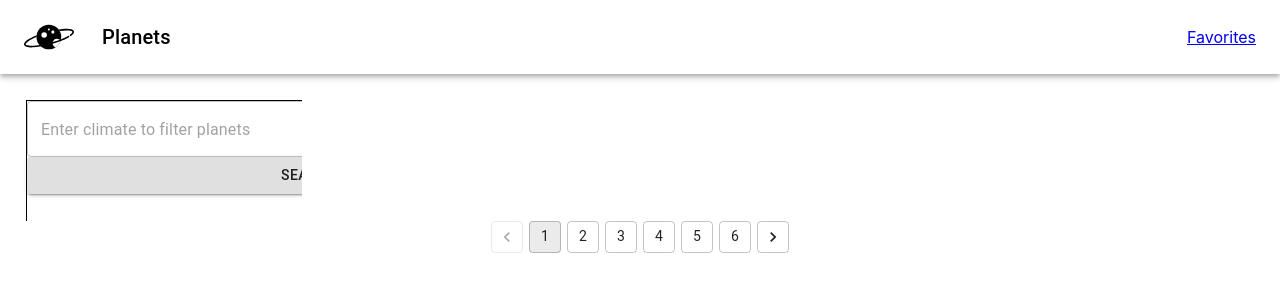
Repository: samridhie01/assignment
Page: /
These files come from the project's save history. The page is drawn as it stood at one moment and after the next save; the edit follows.
The browser window is 1280 px wide. The pictures show the whole page.
The page's requests for data from a server got no answer. The project was rebuilt for these pictures with package versions that can differ from the ones it lists, and the page was loaded fresh each time. A package was used in the major version that the imports need, not the one package.json lists. No one was signed in, and anything a server would have sent is missing. Also part of the build but not shown: src/components/planets/PlanetTile.tsx, src/components/planets/Planets.tsx, src/components/details/SpecificPlanetRetrievalService.ts, src/components/details/Details.tsx, src/components/favorites/Favorites.tsx.

Above is the page before, as saved 2020-08-21 18:29:52.

### src/index.tsx
import React from 'react';
import ReactDOM from 'react-dom';
import './index.css';
import App from './components/app/App';
import * as serviceWorker from './serviceWorker';
import { BrowserRouter } from 'react-router-dom';
import { Provider } from 'react-redux';
import rootReducer from './reducers';
import { createStore } from 'redux';
import store from "../src/store/index"
import { addPlanetData } from './actions';



ReactDOM.render(
  <React.StrictMode>

    <BrowserRouter>
    <Provider store={store}>
    <App />
    </Provider>
    </BrowserRouter>

  </React.StrictMode>,
  document.getElementById('root')
);

// If you want your app to work offline and load faster, you can change
// unregister() to register() below. Note this comes with some pitfalls.
// Learn more about service workers: https://bit.ly/CRA-PWA
serviceWorker.unregister();

### src/components/app/App.tsx
import React, { useEffect, useState } from "react";
import { Route, Switch } from "react-router-dom";
import HomePage from "../homePage/HomePage";
import Details from "../details/Details";
import Favorites from "../favorites/Favorites";
import { PlanetData } from "../module/types";

const App = () => {
  const [favs, setFavs] = useState<PlanetData[]>([]);

  const addToFavs = (data: any) => {
    if(favs.includes(data)){
      return;
    }
      let newArr = [...favs, data];
      setFavs(newArr);
  };

  return (
    <main>
      <Switch>
        <Route
          exact
          path="/"
          render={() => <HomePage handleAddToFavs={addToFavs} />}
        />
        <Route path="/details" component={Details} />
        <Route path="/favs" render={() => <Favorites listOfFavs={favs} />} />
      </Switch>
    </main>
  );
};
export default App;

### src/store/index.ts
import {createStore} from 'redux';
import rootReducer from '../reducers/index';

const store = createStore(rootReducer);

export default store;

### src/components/homePage/HomePage.tsx
import React, { useEffect, useState, ChangeEvent } from "react";
import { useStyles } from "./HomePageStyle";
import Header from "../header/Header";
import Planets from "../planets/Planets";
import SearchBox from "../searchBox/SearchBox";
import { getPlanetData, getPlanetDataPage } from "./PlanetRetrievalService";
import Pagination from "@material-ui/lab/Pagination";
import { PlanetData } from "../module/types";

interface PlanetOverview {
  handleAddToFavs: (element: any) => void;
}

const HomePage: React.FC<PlanetOverview> = ({ handleAddToFavs }) => {
  const [planetData, setPlanetData] = useState<PlanetData[]>([]);

  const handleNewPage = (page: number) => {
    getPlanetDataPage(page).then(res => {
      setPlanetData(res.data.results);
    });
  };

  const fetchData = () => {
    getPlanetData().then(res => {
      setPlanetData(res.data.results);
      localStorage.setItem("planetData", res.data.results);
    });
  };

  useEffect(() => {
    fetchData();
  }, []);

  const handlePageChange = (event: ChangeEvent<unknown>, value: number) => {
    handleNewPage(value);
  };

  const updatePlanetSearchResult = (key: string | null) => {

    if (key == "") {
      fetchData();
      return;
    }
    const newData = planetData.filter(data => {
      if (
        key == null ||
        data.climate.toLowerCase().includes(key.toLowerCase())
      ) {
        return data;
      }
    });
    setPlanetData(newData);
  };

  const classes = useStyles();
  if (localStorage.getItem("planetData") != null) {
  }

  return (
    <>
      <Header path="/favs" linkName={"Favorites"} />
      <div className={classes.flexContainer}>
        <div className={classes.stopShrink}>
        <SearchBox  handleSearch={updatePlanetSearchResult} />
        </div>
        <div className={classes.item}>
          {planetData &&
            planetData.map((element: PlanetData, index: number) => {
              return (
                <Planets
                  data={element}
                  onSaveClick={() => {
                    handleAddToFavs(element);
                  }}
                />
              );
            })}
        </div>
      </div>

      <Pagination
        count={6}
        defaultPage={1}
        variant="outlined"
        shape="rounded"
        className={classes.indexing}
        onChange={handlePageChange}
      />
    </>
  );
};
export default HomePage;

### src/reducers/index.ts
import { ADD_PLANETDATA } from '../constants/action-types';
import { PlanetActionTypes, Planet, PlanetState } from '../store/types';

const initialState: PlanetState = {
    planetData: []
};

function rootReducer(state=initialState, action:PlanetActionTypes):PlanetState{
    if(action.type == ADD_PLANETDATA){
        return{
            planetData: [...state.planetData, action.payload]
        }
    }
    return state;
}

export default rootReducer;

### src/components/homePage/HomePageStyle.ts
import { makeStyles, createStyles, Theme } from "@material-ui/core/styles";

export const useStyles = makeStyles((theme: Theme) =>
  createStyles({
    flexContainer: {
      display: "inline-flex",
      flex: "1 0 50%",
      textAlign: "center",
      padding: "10px",
      overflow: "hidden"
    },
    item: {
      alignSelf: "flex-end"
    },
    stopShrink: {
      flexShrink: 0
    },
    indexing: {
      display: "flex",
      justifyContent: "center"
    },
    title: {
      flexGrow: 1
    }
  })
);

### src/components/header/Header.tsx
import React from "react";
import AppBar from "@material-ui/core/AppBar";
import {Toolbar, makeStyles, createStyles, IconButton, Button,Theme} from "@material-ui/core";
import {ReactComponent as PlanetIcon} from "../../assets/planet.svg";
import Typography from "@material-ui/core/Typography";
import { Link } from "react-router-dom";

const useStyles = makeStyles((theme: Theme) =>
  createStyles({
    root: {
      flexGrow: 1,
    },
    menuButton: {
      marginRight: theme.spacing(2),
    },
    title: {
      flexGrow: 1,
    },
    logo: {
       width: 50,
       height: 50
      },
  }),
);

interface HeaderProps{
  path: string,
  linkName: string
}

const Header:React.FC<HeaderProps> = ({
  path,
  linkName
})=>{
    const classes=useStyles();
return(
<AppBar color="inherit"  position="static">
    <Toolbar>
        <IconButton edge="start" className={classes.menuButton} color="inherit" aria-label="menu">
        <PlanetIcon className={classes.logo}/>
        </IconButton>
        <Typography variant="h6" className={classes.title}>
            Planets
        </Typography>
         <Link to={{pathname: `${path}`}} color="inherit">{linkName}</Link>
        {/* <Link to={{pathname: `${path}`}} color="inherit">{linkName}</Link> */}
    </Toolbar>
</AppBar>
)


}

export default Header;

### src/components/searchBox/SearchBox.tsx
import React, { useState, useEffect } from "react";
import {
  Button,
  Box,
  TextField,
  Theme,
  makeStyles,
  createStyles
} from "@material-ui/core";

const useStyles = makeStyles((theme: Theme) =>
  createStyles({
    dotted: {
      display: "flex",
      flexDirection: "column",
      width: "200%"
    }
  })
);

interface Search {
  handleSearch: (key: string|null) => void;
}

const SearchBox: React.FC<Search> = ({ handleSearch }) => {
  const [searchItem, setSearchItem] = useState<string|null>("");
  const handleSearchChange = (event: any) => {
    setSearchItem(event.target.value);

  };


  // useEffect(()=>{
  //   if(searchItem=="" && localStorage.getItem("searchKey")!=null){
  //     const newSearchItem=(localStorage.getItem("searchKey") || "");
  //     setSearchItem(newSearchItem);
  //   }
  // })

  const classes = useStyles();
  return (
    <>
      <Box
        height="250%"
        border={1}
        m={2}
        display="inline-block"
        className={classes.dotted}
      >
        <TextField
          variant="outlined"
          onChange={handleSearchChange}
          placeholder="Enter climate to filter planets"
        />
        <Button
          variant="contained"
          onClick={() => {
            handleSearch(searchItem);
          }}
        >
          Search
        </Button>
      </Box>
    </>
  );
};

export default SearchBox;

### src/components/homePage/PlanetRetrievalService.ts
import axios from "axios";

const currentVersion = "2";
let data = localStorage.getItem("data");
let version = localStorage.getItem("version");

export const getPlanetData = async () => {
  const res = await axios({
    method: "GET",
    url: `https://swapi.dev/api/planets`
  });
  return res;
};

export const getPlanetDataPage = async (page: number) => {
  const res = await axios({
    method: "GET",
    url: `http://swapi.dev/api/planets/?page=${page}`
  });
  return res;
};

### src/constants/action-types.ts
export const ADD_PLANETDATA="ADD_PLANETDATA"

Loaded but not shown: public/index.html (common file); src/index.css (common file); src/serviceWorker.ts (common file)

After the next save:
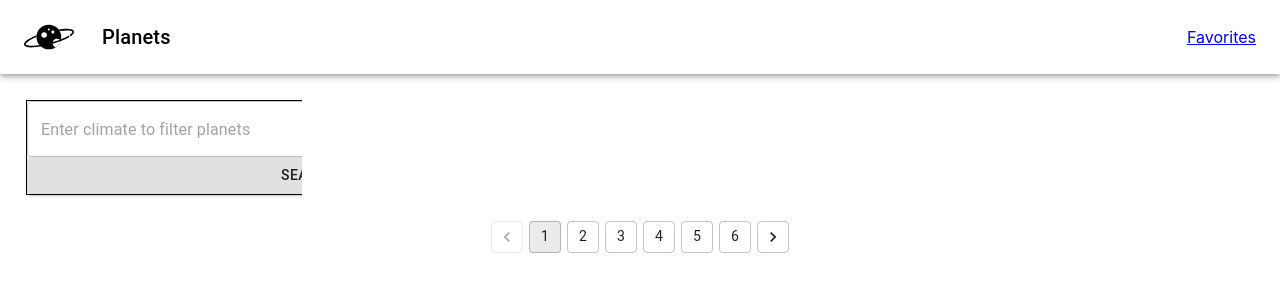
Saved 78 s later.
--- a/src/components/homePage/HomePageStyle.ts
+++ b/src/components/homePage/HomePageStyle.ts
@@ -10,9 +10,11 @@ export const useStyles = makeStyles((theme: Theme) =>
       overflow: "hidden"
     },
     item: {
-      alignSelf: "flex-end"
+      alignSelf: "flex-end",
+      flexShrink: 0
     },
     stopShrink: {
+      alignSelf: "flex-start",
       flexShrink: 0
     },
     indexing: {
